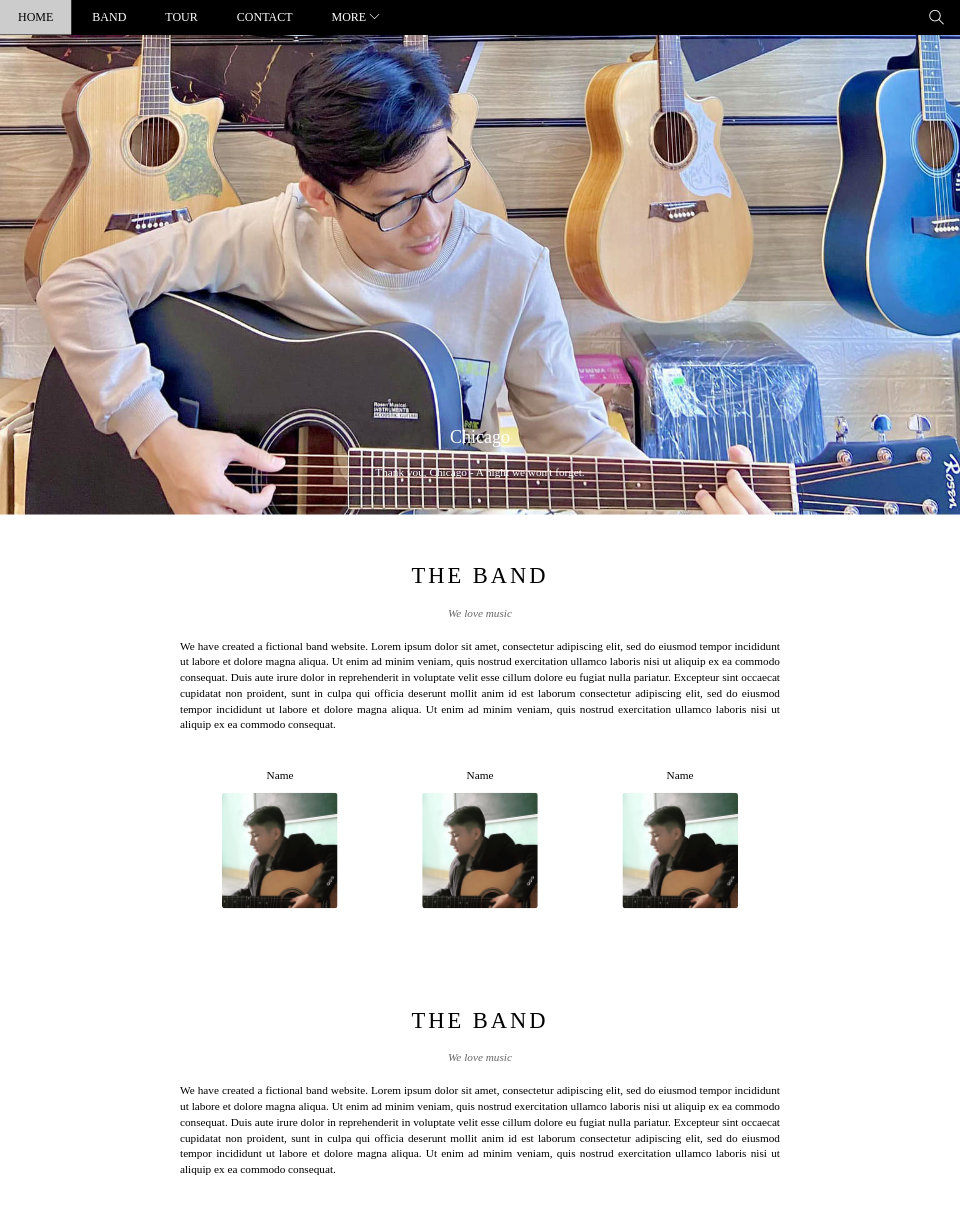
Repository: quochung2k3/Web-Team
Page: index.html
These files come from the project's save history. The page is drawn as it stood at one moment and after the next save; the edit follows.
The browser window is 1280 px wide. The pictures show the whole page, at 75% of full size.

Above is the page before, as saved 2023-08-05 10:03:23.

After the next save:
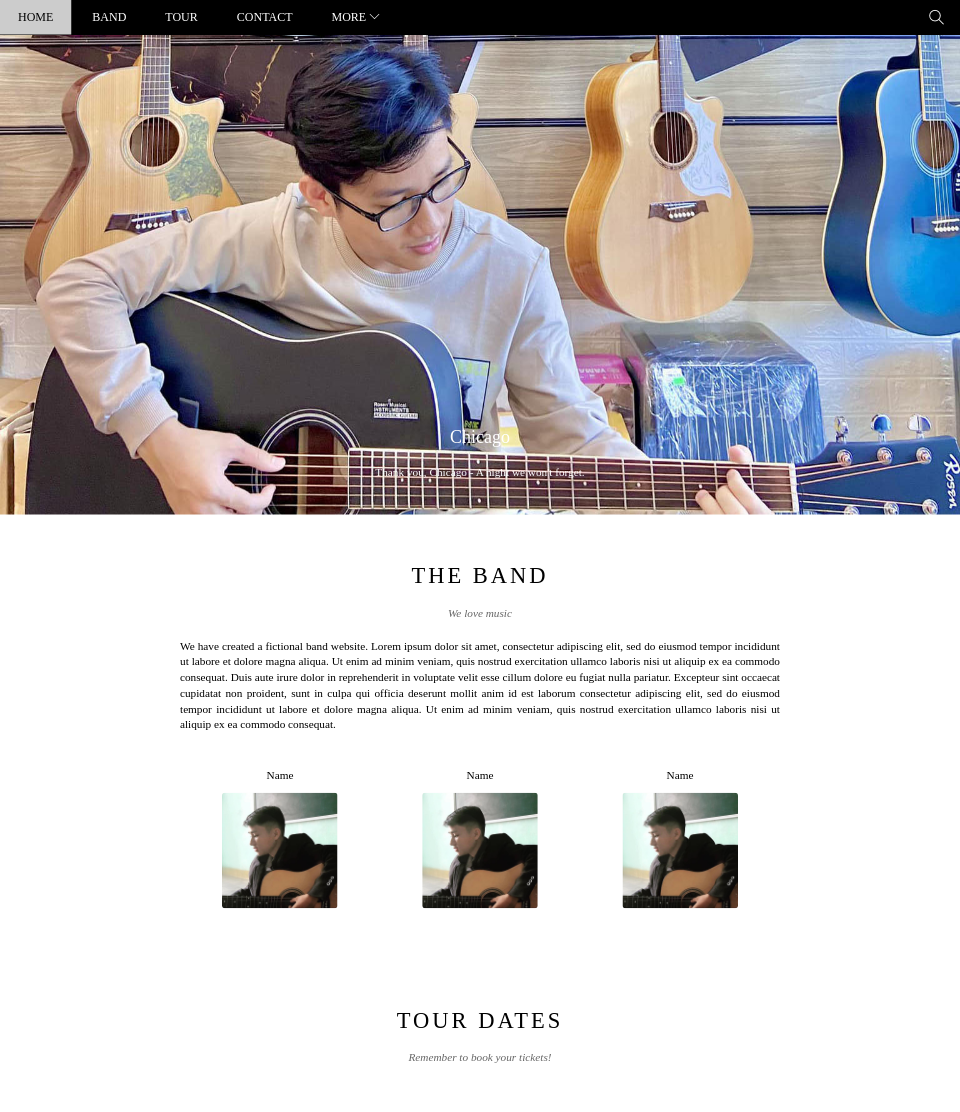
Saved 50 s later.
--- a/index.html
+++ b/index.html
@@ -66,12 +66,8 @@
                 </div>
             </div>
             <div class="content-section">
-                <h2 class="section-heading">THE BAND</h2>
-                <p class="section-sub-heading">We love music</p>
-                <p class="about-text">
-                    We have created a fictional band website. Lorem ipsum dolor sit amet, consectetur adipiscing elit, sed do eiusmod tempor incididunt ut labore et dolore magna aliqua. Ut enim ad minim veniam, quis nostrud exercitation ullamco laboris nisi ut aliquip ex ea commodo consequat. Duis aute irure dolor in reprehenderit in voluptate velit esse cillum dolore eu fugiat nulla pariatur. Excepteur sint occaecat cupidatat non proident, sunt in culpa qui officia deserunt mollit anim id est laborum consectetur adipiscing elit, sed do eiusmod tempor incididunt ut labore et dolore magna aliqua. Ut enim ad minim veniam, quis nostrud exercitation ullamco laboris nisi ut aliquip ex ea commodo consequat.
-
-                </p>
+                <h2 class="section-heading">TOUR DATES</h2>
+                <p class="section-sub-heading">Remember to book your tickets!</p>
             </div>
         </div>
 
